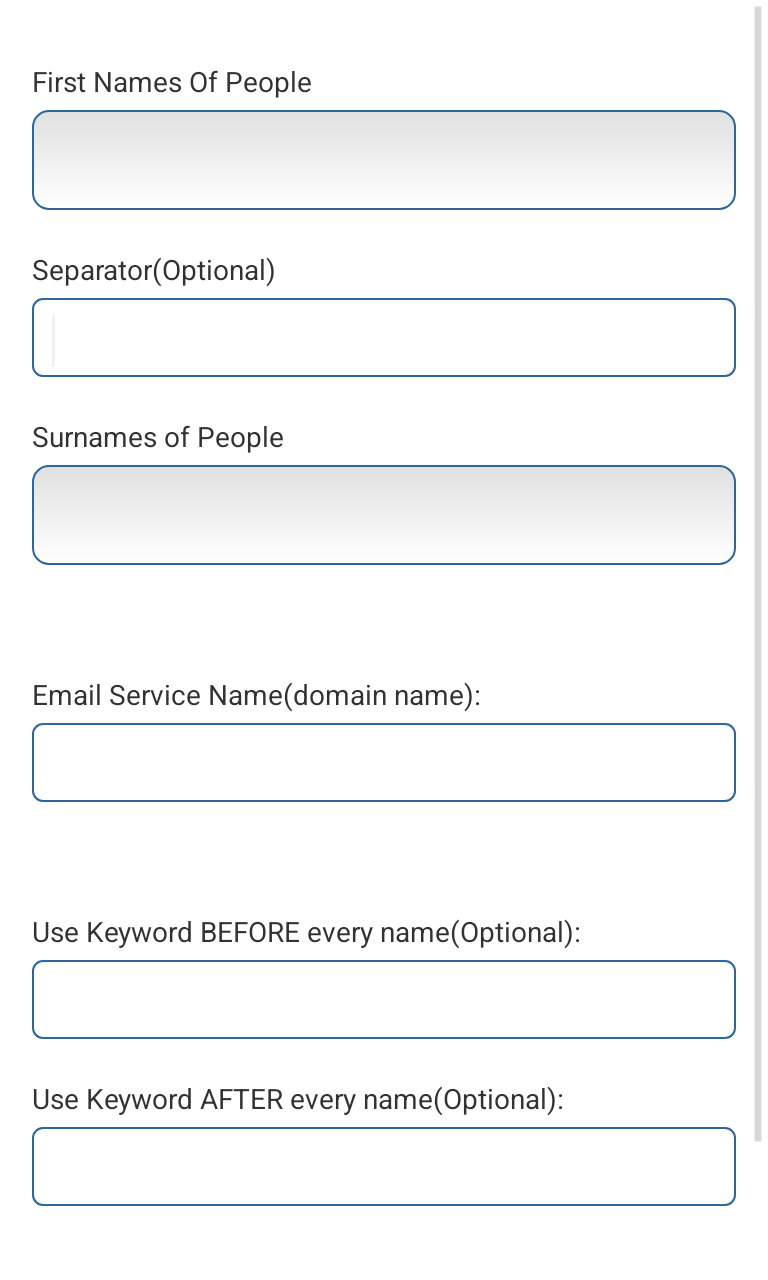
Repository: gperedo/AllAndroid
Layout: UltimateEmailIDEngine/res/layout/inputdata_activity.xml
An editor plug-in stored every save of this project. The layout is shown before and after the next save, followed by the edit.
It is drawn on a 768 x 1280 px phone screen (xhdpi) without system bars, with theme AppTheme; the app's code is not run.

Above is the layout before, as saved 2014-01-17 05:17:23.

After the next save:
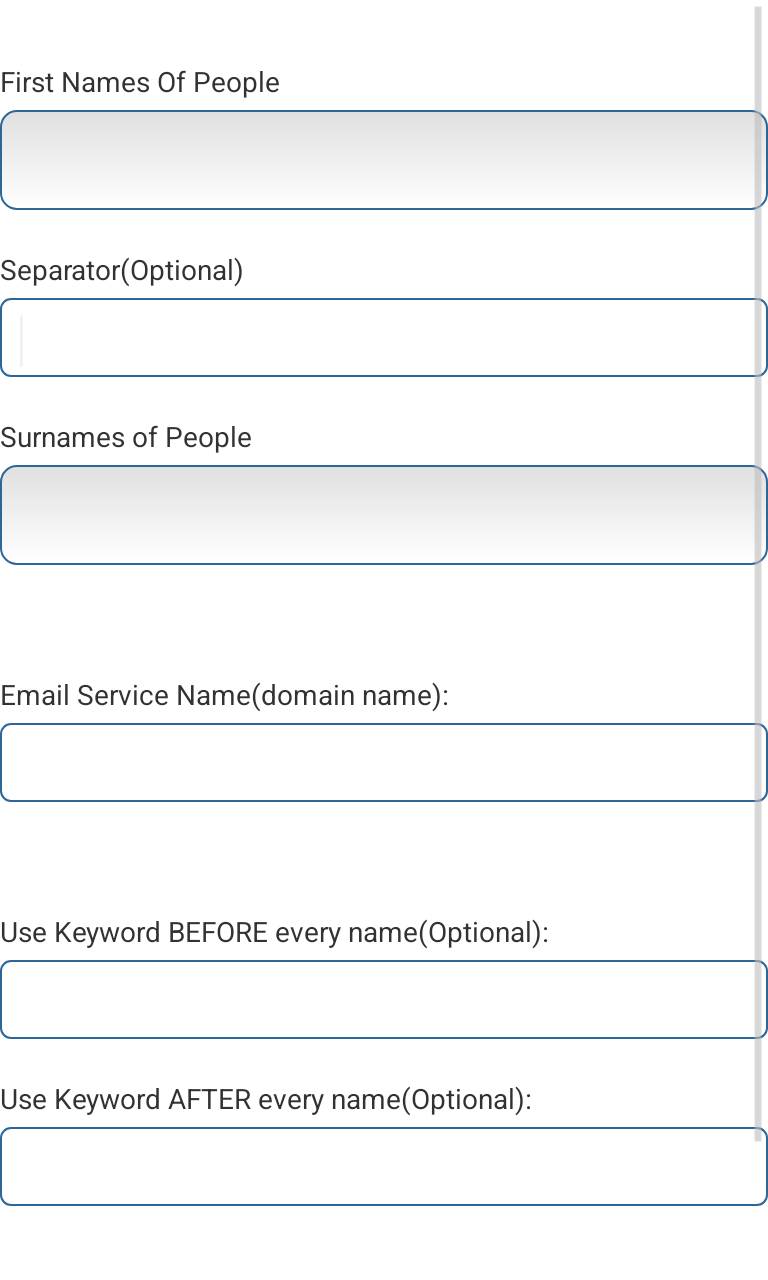
Saved 57 s later.
--- a/UltimateEmailIDEngine/res/layout/inputdata_activity.xml
+++ b/UltimateEmailIDEngine/res/layout/inputdata_activity.xml
@@ -11,9 +11,8 @@
         android:layout_marginTop="0dp"
         android:orientation="vertical"
         android:paddingBottom="@dimen/activity_vertical_margin"
-    android:paddingLeft="@dimen/activity_horizontal_margin"
-    android:paddingRight="@dimen/activity_horizontal_margin"
-    android:paddingTop="@dimen/activity_vertical_margin" >
+
+    	android:paddingTop="@dimen/activity_vertical_margin" >
 
         <LinearLayout
             android:id="@+id/linearLayout5"

After the save that followed:
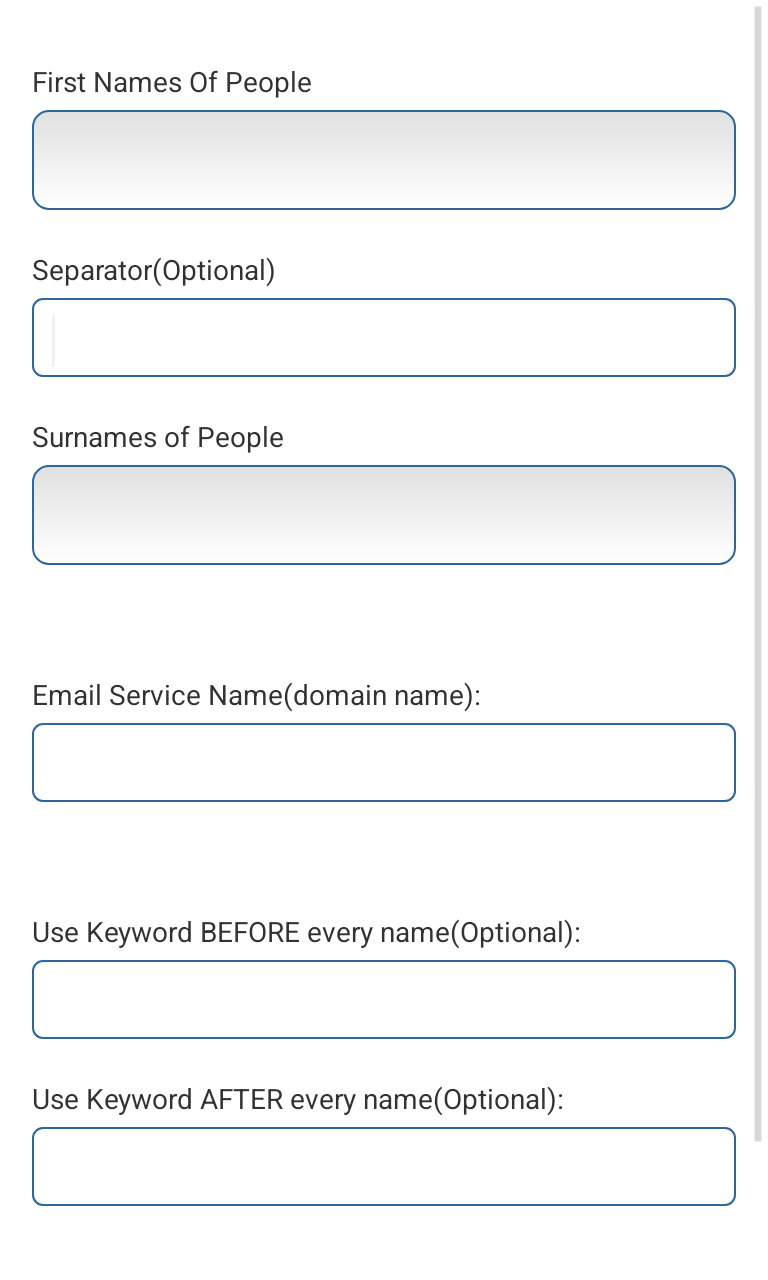
Saved 31 s later.
--- a/UltimateEmailIDEngine/res/layout/inputdata_activity.xml
+++ b/UltimateEmailIDEngine/res/layout/inputdata_activity.xml
@@ -11,7 +11,8 @@
         android:layout_marginTop="0dp"
         android:orientation="vertical"
         android:paddingBottom="@dimen/activity_vertical_margin"
-
+    	android:paddingLeft="@dimen/activity_horizontal_margin"
+    	android:paddingRight="@dimen/activity_horizontal_margin"
     	android:paddingTop="@dimen/activity_vertical_margin" >
 
         <LinearLayout
